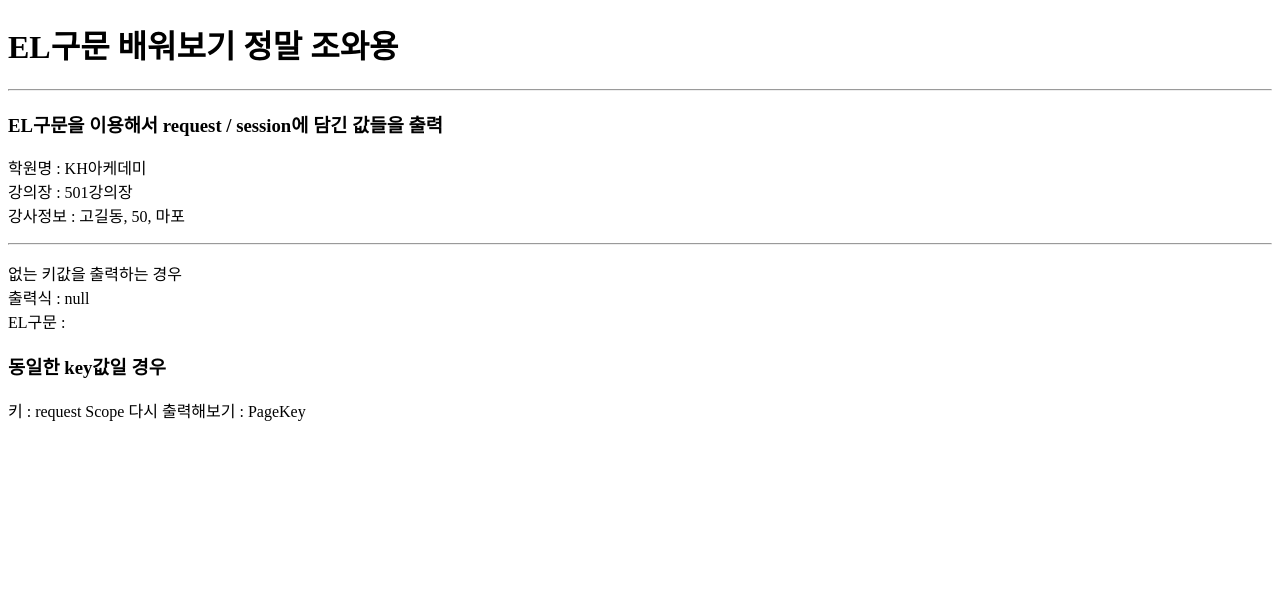
Repository: ghksl0204-shapa/dynamic-web
Page: http://localhost/ActionProject/el.do
These files come from the project's save history. The page is drawn as it stood at one moment and after the next save; the edit follows.
The browser window is 1280 px wide. The pictures show the whole page.
The page is served by Tomcat 9. Other server files are loaded and not shown.

Above is the page before, as saved 2026-05-06 06:12:00.

### ActionProject/src/main/webapp/WEB-INF/views/01_el.jsp
<%@ page language="java" contentType="text/html; charset=UTF-8"
    pageEncoding="UTF-8"%>
<%@ page import="com.kh.el.model.dto.Person" %>
<!DOCTYPE html>
<html>
<head>
<meta charset="UTF-8">
<title>UltraSuperPower JSP</title>
</head>
<body>

	<h1>EL구문 배워보기 정말 조와용</h1>

	<%--
	<!--

	<%
		String classRoom = (String)request.getAttribute("classRoom");
		Person student = (Person)request.getAttribute("student");

		String academy = (String)session.getAttribute("academy");
		Person lecture = (Person)session.getAttribute("lecture");
	%>

	<p>
		학원명 : <%= academy %> <br>
		강의장 : <%= classRoom %> <br>
		강사정보 : <%= lecture.getName() %>, <%= lecture.getAge() %>, <%= lecture.getAddress() %> <br><br>

		수강생 정보
		<ul>
			<li>이름 : <%= student.getName() %></li>
			<li>나이 : <%= student.getAge() %></li>
			<li>주소 : <%= student.getAddress() %></li>
		</ul>
	</p>
	-->
	--%>

	<hr>

	<h3>EL구문을 이용해서 request / session에 담긴 값들을 출력</h3>

	<p>
		학원명 : ${ academy } <br>
		강의장 : ${ classRoom } <br>
		강사정보 : ${ lecture.name }, ${ lecture.age }, ${ lecture.address } <br>

		<!--
			실제로 필드에 직접 접근 하는것은 불가능
			.name => getName()
			내부적으로 getter메소드를 찾아서 호출해서 값을 출력하는 구조
		 -->
	</p>

	<hr>

	<p>
		없는 키값을 출력하는 경우 <br>

		출력식 : <%= request.getAttribute("clasRoom") %> <br>
		EL구문 : ${ clasRoom } <br>
	</p>

	<h3>동일한 key값일 경우</h3>

	키 : ${ key }

	<%
		// page Scope 에 추가
		pageContext.setAttribute("key", "PageKey");
	%>

	다시 출력해보기 : ${ key } <br>























</body>
</html>

### ActionProject/src/main/java/com/kh/el/controller/ElServlet.java
package com.kh.el.controller;

import java.io.IOException;

import javax.servlet.ServletException;
import javax.servlet.annotation.WebServlet;
import javax.servlet.http.HttpServlet;
import javax.servlet.http.HttpServletRequest;
import javax.servlet.http.HttpServletResponse;
import javax.servlet.http.HttpSession;

import com.kh.el.model.dto.Person;

@WebServlet("/el.do")
public class ElServlet extends HttpServlet {
	private static final long serialVersionUID = 1L;

    public ElServlet() {
        super();
    }

	protected void doGet(HttpServletRequest request, HttpServletResponse response) throws ServletException, IOException {
		// 만약 서블릿에서 응답할 데이터가 존재 한다면!!!
		// JSP로 포워딩을 할 때 request.setAttribute("name값", "value값") -> forward ~~
		// request -> Servlet 내장객체 / Scope 객체

		// application / session / request / page

		/*
		 * 1. application scope : ServletContext
		 * 한 애플리케이션 당, 딱 한개 존재하는 객체
		 * 이 영역에 데이터를 담으면 애플리케이션 전역에서 사용 가능
		 *
		 *
		 * 2. session scope : HttpSession
		 * 하나의 브라우저 당, 한 개 존재하는 객체
		 * 이 영역에 데이터를 담으면 JSP / Servlet 단에서 사용 가능
		 * 값이 한 번 담기면 서버를 멈추건, 세션을 비우거나, 브라우저가 닫히기 전까지는 계속 사용 가능
		 *
		 * 3. request scope : HttpServletRequest
		 * 요청 및 응답 시 매법 생성되는 객체
		 * 이 영역에 데이터를 담으면 해당 request 를 포워딩 받는 응답 JSP 에서만 사용가능 (1회성)
		 *
		 * 4. page scope : PageContext
		 * JSP페이지에서만 사용가능
		 *
		 * => 위 객체들에 속성을 추가할 때는 .setAttribute("name값", 벨류);
		 * 							  .getAttribute("namer값");
		 * 							  .removeAttribute("name값");
		 */
		// DTO(VO) 한 개, List<DTO>, int, String

		request.setAttribute("classRoom", "501강의장");
		request.setAttribute("student", new Person("홍길동", 15, "한양"));

		// sessionScope
		HttpSession session = request.getSession();
		session.setAttribute("academy", "KH아케데미");
		session.setAttribute("lecture", new Person("고길동", 50, "마포"));

		request.setAttribute("key", "request Scope");
		session.setAttribute("key", "session Scope");

		// 응답 뷰 배정 -> 포워딩
		request.getRequestDispatcher("/WEB-INF/views/01_el.jsp").forward(request, response);


	}

	protected void doPost(HttpServletRequest request, HttpServletResponse response) throws ServletException, IOException {
		doGet(request, response);
	}




















}

### ActionProject/src/main/java/com/kh/el/model/dto/Person.java
package com.kh.el.model.dto;

public class Person {

	private String name;
	private int age;
	private String address;

	public Person() {
		super();
	}

	public Person(String name, int age, String address) {
		super();
		this.name = name;
		this.age = age;
		this.address = address;
	}

	public String getName() {
		return name;
	}

	public void setName(String name) {
		this.name = name;
	}

	public int getAge() {
		return age;
	}

	public void setAge(int age) {
		this.age = age;
	}

	public String getAddress() {
		return address;
	}

	public void setAddress(String address) {
		this.address = address;
	}

	@Override
	public String toString() {
		return "Person [name=" + name + ", age=" + age + ", address=" + address + "]";
	}

}

After the next save:
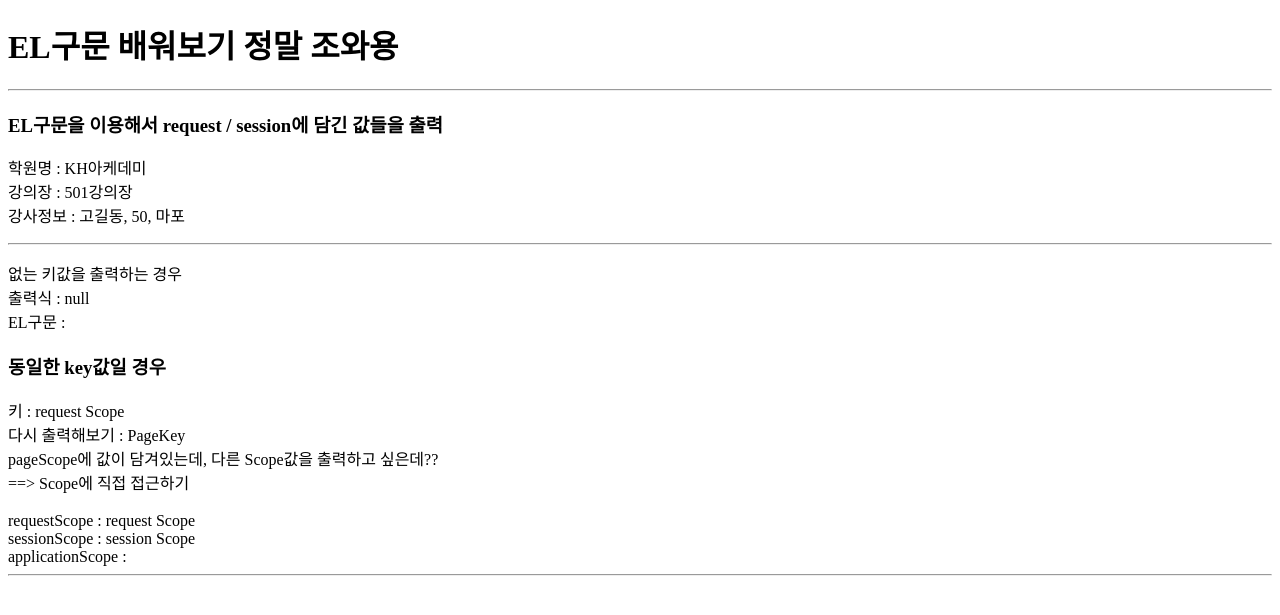
Saved 4 min 39 s later.
--- a/ActionProject/src/main/webapp/WEB-INF/views/01_el.jsp
+++ b/ActionProject/src/main/webapp/WEB-INF/views/01_el.jsp
@@ -64,7 +64,7 @@
 
 	<h3>동일한 key값일 경우</h3>
 
-	키 : ${ key }
+	키 : ${ key } <br>
 
 	<%
 		// page Scope 에 추가
@@ -72,6 +72,23 @@
 	%>
 
 	다시 출력해보기 : ${ key } <br>
+
+	<!--
+		EL구문은 가장 작은 범위의 scope부터 키값을 찾음
+		page => request => session => application순으로 키 값을 검색
+
+		모든 영역을 다 찾았는데 키가 존재하지 않는다 ? => 아무일도 일어나지 않음 오류 안남
+	 -->
+
+	 pageScope에 값이 담겨있는데, 다른 Scope값을 출력하고 싶은데?? <br>
+
+	 ==> Scope에 직접 접근하기 <br><br>
+
+	 requestScope : ${ requestScope.key } <br>
+	 sessionScope : ${ sessionScope.key } <br>
+	 applicationScope : ${ applicationScope.key } <br>
+
+	 <hr>
 
 
 
